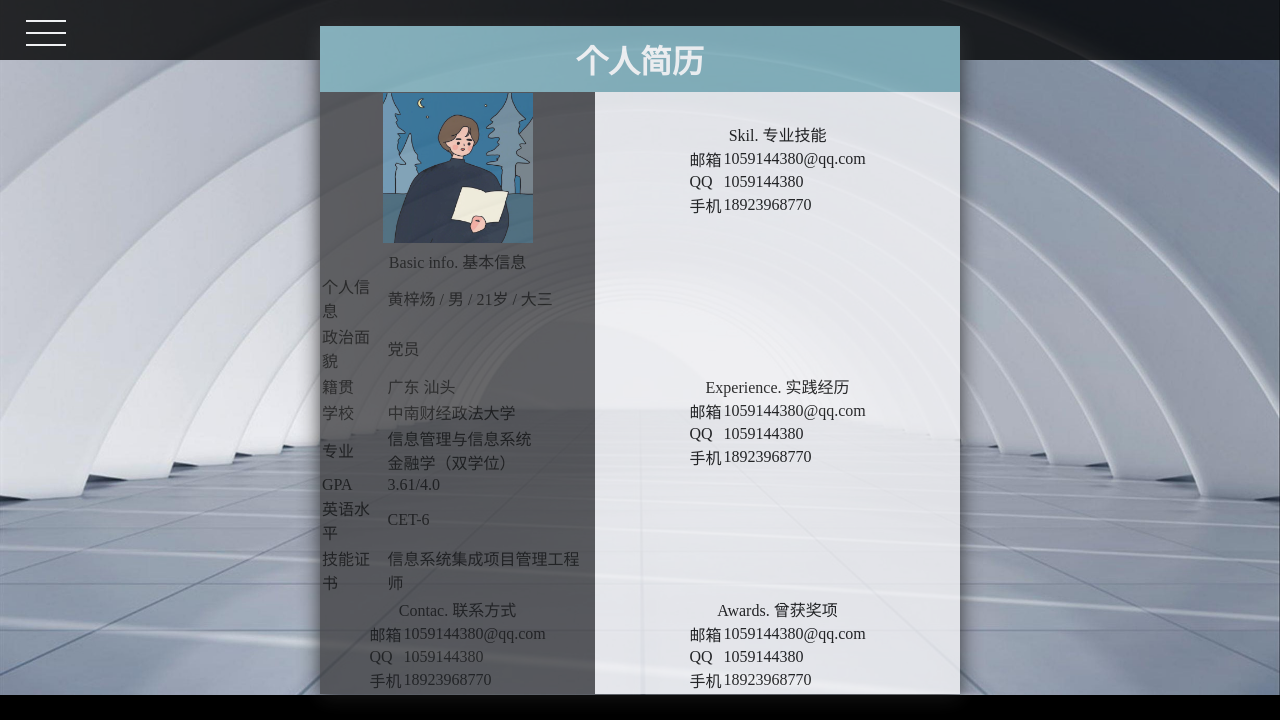
Repository: ustc-hzy/ziYang
Page: resume.html
The author's editor kept a copy of each file at every save. The page is drawn from the files as they stood at one save, then again after the next save.
The browser window is 1280 px wide. The pictures show the whole page.

Above is the page before, as saved 2020-06-18 16:49:07.

### resume.html
<!DOCTYPE html>
<html lang="en">
<head>
    <meta charset="UTF-8">
    <meta name="viewport" content="width=device-width, initial-scale=1.0">
    <link rel="stylesheet" href="css/style.css" type="text/css">
    <link rel="stylesheet" href="css/resume.css" type="text/css">
    <title>个人简历</title>
</head>
<body>
    <header>
        <!-- 主体内容 -->
        <div class="inner">
            <!-- 用于控制菜单栏开关 -->
            <input type="checkbox" id="ham">
            <!-- 菜单栏icon -->
            <label for="ham">
                <div class="hamburger-container">
                    <span></span>
                    <span></span>
                    <span></span>
                </div>
            </label>
            <!-- 菜单栏各项 -->
            <nav>
                <ul>
                    <li><a href="index.html">网站首页</a></li>
                    <li><a href="resume.html">个人简历</a></li>
                    <li><a href="album.html">旅行相册</a></li>
                    <li><a href="asset.html">PS作品集</a></li>
                    <li><a href="episode.html">剧集收藏</a></li>
                </ul>
            </nav>
            <!-- 打开菜单栏的遮罩 -->
            <div class="mask"></div>
        </div>

        <div class="content-container">
            <table>
                <caption class="table-title">个人简历</caption>
                <tr>
                    <td class="left-column" align="center">
                        <img src="img/user.png" width="150px">
                    </td>
                    <td class="right-column" align="center">
                        <table>
                            <caption class="small-table-title"><div>Skil. 专业技能</div></caption>
                            <tr>
                                <td>邮箱</td>
                                <td>1059144380@qq.com</td>
                            </tr>
                            <tr>
                                <td>QQ</td>
                                <td>1059144380</td>
                            </tr>
                            <tr>
                                <td>手机</td>
                                <td>18923968770</td>
                            </tr>
                        </table>
                    </td>
                </tr>
                <tr>
                    <td class="left-column" align="center">
                        <table>
                            <caption class="small-table-title"><div>Basic info. 基本信息</div></caption>
                            <tr>
                                <td>个人信息</td>
                                <td>黄梓炀 / 男 / 21岁 / 大三</td>
                            </tr>
                            <tr>
                                <td>政治面貌</td>
                                <td>党员</td>
                            </tr>
                            <tr>
                                <td>籍贯</td>
                                <td>广东 汕头</td>
                            </tr>
                            <tr>
                                <td>学校</td>
                                <td>中南财经政法大学</td>
                            </tr>
                            <tr>
                                <td>专业</td>
                                <td>
                                    <div>信息管理与信息系统</div>
                                    <div>金融学（双学位）</div>
                                </td>
                            </tr>
                            <tr>
                                <td>GPA</td>
                                <td>3.61/4.0</td>
                            </tr>
                            <tr>
                                <td>英语水平</td>
                                <td>CET-6</td>
                            </tr>
                            <tr>
                                <td>技能证书</td>
                                <td>信息系统集成项目管理工程师</td>
                            </tr>
                        </table>
                    </td>
                    <td class="right-column" align="center">
                        <table class="small-table-title">
                            <caption><div>Experience. 实践经历</div></caption>
                            <tr>
                                <td>邮箱</td>
                                <td>1059144380@qq.com</td>
                            </tr>
                            <tr>
                                <td>QQ</td>
                                <td>1059144380</td>
                            </tr>
                            <tr>
                                <td>手机</td>
                                <td>18923968770</td>
                            </tr>
                        </table>
                    </td>
                </tr>
                <tr>
                    <td class="left-column" align="center">
                        <table>
                            <caption class="small-table-title"><div>Contac. 联系方式</div></caption>
                            <tr>
                                <td>邮箱</td>
                                <td>1059144380@qq.com</td>
                            </tr>
                            <tr>
                                <td>QQ</td>
                                <td>1059144380</td>
                            </tr>
                            <tr>
                                <td>手机</td>
                                <td>18923968770</td>
                            </tr>
                        </table>
                    </td>
                    <td class="right-column" align="center">
                        <table class="small-table-title">
                            <caption><div>Awards. 曾获奖项</div></caption>
                            <tr>
                                <td>邮箱</td>
                                <td>1059144380@qq.com</td>
                            </tr>
                            <tr>
                                <td>QQ</td>
                                <td>1059144380</td>
                            </tr>
                            <tr>
                                <td>手机</td>
                                <td>18923968770</td>
                            </tr>
                        </table>
                    </td>
                </tr>
            </table>
        </div>
    </header>
</body>
</html>

### css/style.css
body {
    height: 100%;
    width: 100%;
    margin: 0 auto;
    padding: 0 0 ;
    background-color: #000000;
    background-image: url(../img/user_bg.jpg);
    background-repeat: no-repeat;
    background-size: cover;
    overflow: auto;
}
header{
    height: 60px;
    background-color: #000000;
    opacity: 0.8;
}
.inner{
    width: 96%;
    margin: auto;
}
#ham{
    display: none;
}
/* 当chexkbox选中时，改变第一条线 */
#ham:checked + label .hamburger-container span:nth-child(1){
    transform: rotate(45deg);
    top: 11px;
    transition: transform .3s ease-in-out, top .3s ease-in-out 3s;
}
/* 当chexkbox选中时，第二条线消失 */
#ham:checked + label .hamburger-container span:nth-child(2){
    opacity: 0;
}
/* 当chexkbox选中时，改变第三条线 */
#ham:checked + label .hamburger-container span:nth-child(3){
    transform: rotate(-45deg);
    top: -11px;
    transition: transform .3s ease-in-out, top .3s ease-in-out 3s;
}
.hamburger-container span:nth-child(2){
    margin-top: 10px;
    transition: opacity .1s ease-in-out .1s;
}
.hamburger-container span:nth-child(3){
    margin-top: 10px;
}
.hamburger-container{
    display: block;
    width: 40px;
    height: 40px;
    position: relative;
    top: 20px;
    z-index: 100;
}
.hamburger-container span{
    display: block;
    height: 2px;
    background-color: #fff;
    position: relative;
    transition: transform .3s ease-in-out, top .3s ease-in-out .3s;
}
nav{
    position: absolute;
    z-index: 100;
    color: #fff;
    top: 50px;
    transform: scaleY(0); /* 垂直方向缩小到0，即关闭 */
    transition: all .3s ease-in-out;
    transform-origin: 50% 0; /* 将中心点移到顶部 */
    opacity: 0; /* 渐入渐出效果 */
}
/* 当chexkbox选中时，展示nav */
#ham:checked ~ nav{
    transform: scaleY(1); /* 垂直方向扩大到1，即打开 */
    opacity: 1;
    transition: all .3s ease-in-out;
}
.mask {
    width: 100vw;
    height: 100vh;
    position: fixed;
    top: 0;
    left: 0;
    background: #000000;
    opacity: 0;
    z-index: 10; /* 防止遮住要显示的部分 */
    transform: scaleY(0);
    transform-origin: 50% 0;
    transition: all .3s ease-in-out;
}
#ham:checked ~ .mask{
    opacity: 1;
    transform: scaleY(1);
    transition: all .3s ease-in-out;
}
ul{
    position: relative;
    right: 40px;
    margin-top: 2em;
    list-style-type:none;
    font-size: 35px;
}
ul li{
    margin-top: 1em;
}
ul li:hover{
    transform: scale(1.2, 1.2); /* transform从元素中心开始变化，不会影响到其他元素 */
    /* background-color:  rgba(255,255,255,0.1);
    padding: 10px 20px; */
}
.name-container{
    position: absolute;
    top: 50%;
    left: 50%;
    transform: translate(-50%,-50%);
    z-index: 1;
    background-color: rgba(0,0,0,0.3); /* 此处使用opacity会让文字也变透明 */
    box-shadow: 0 5px 20px rgba(26,26,26,0.5);
}
.mid-name{
    color: #fff;
    font-size: 50px;
    border: 8px solid #fff;
    padding: 40px;
    text-align: center;
}
.mid-name .id{
    margin-top: 10px;
    font-size: 40px;
}
a{
    text-decoration: none;
    color: #ffffff;
}

### css/resume.css
.content-container{
    position: absolute;
    top: 50%;
    left: 50%;
    transform: translate(-50%,-50%);
    z-index: 1;
    box-shadow: 0 5px 20px rgba(26,26,26,1);
}
table{
    border-spacing: 0;
}
.table-title{
    color: #ffffff;
    font-size: 32px;
    font-weight: bold;
    padding: 10px 0 ;
    background-color: #7cb0bb;
}
.left-column{
    width: 400px;
    background-color: #424244;
}
.right-column{
    width: 600px;
    background-color: #f3f3f5;
}

After the next save:
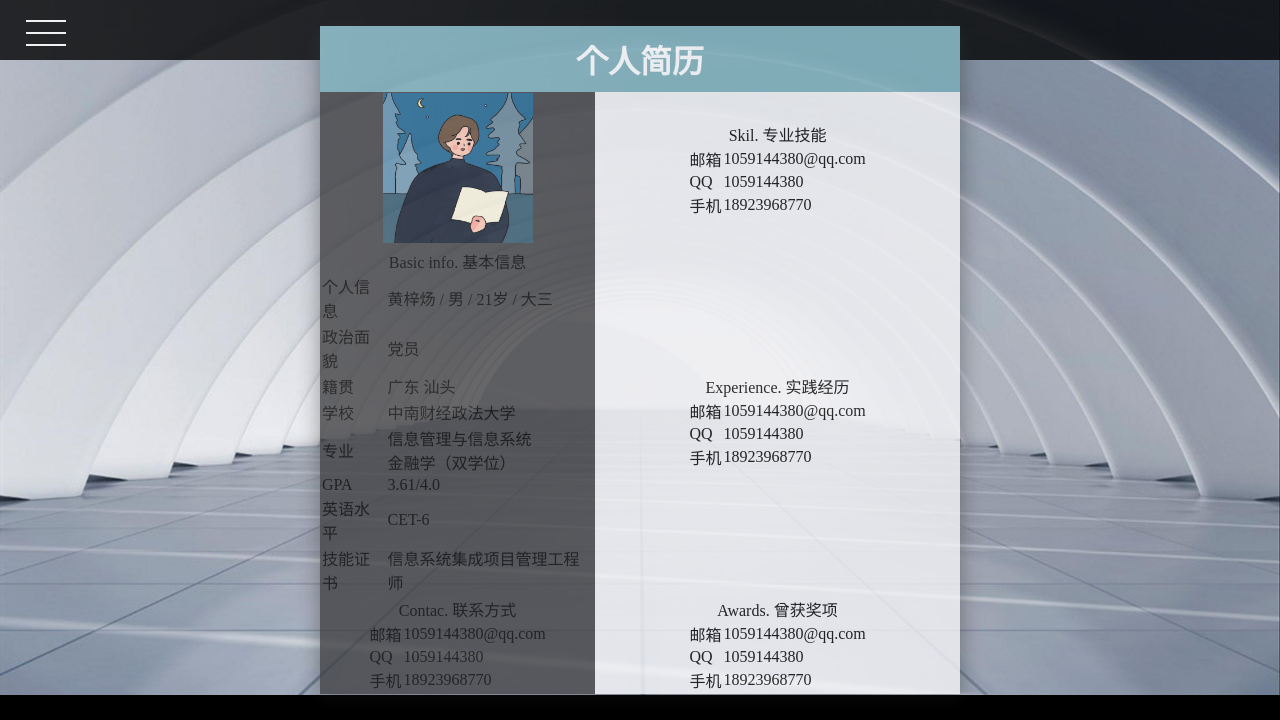
Saved 7 s later.
--- a/css/resume.css
+++ b/css/resume.css
@@ -4,7 +4,7 @@
     left: 50%;
     transform: translate(-50%,-50%);
     z-index: 1;
-    box-shadow: 0 5px 20px rgba(26,26,26,1);
+    box-shadow: 0 5px 20px rgba(26,26,26,0.5);
 }
 table{
     border-spacing: 0;
